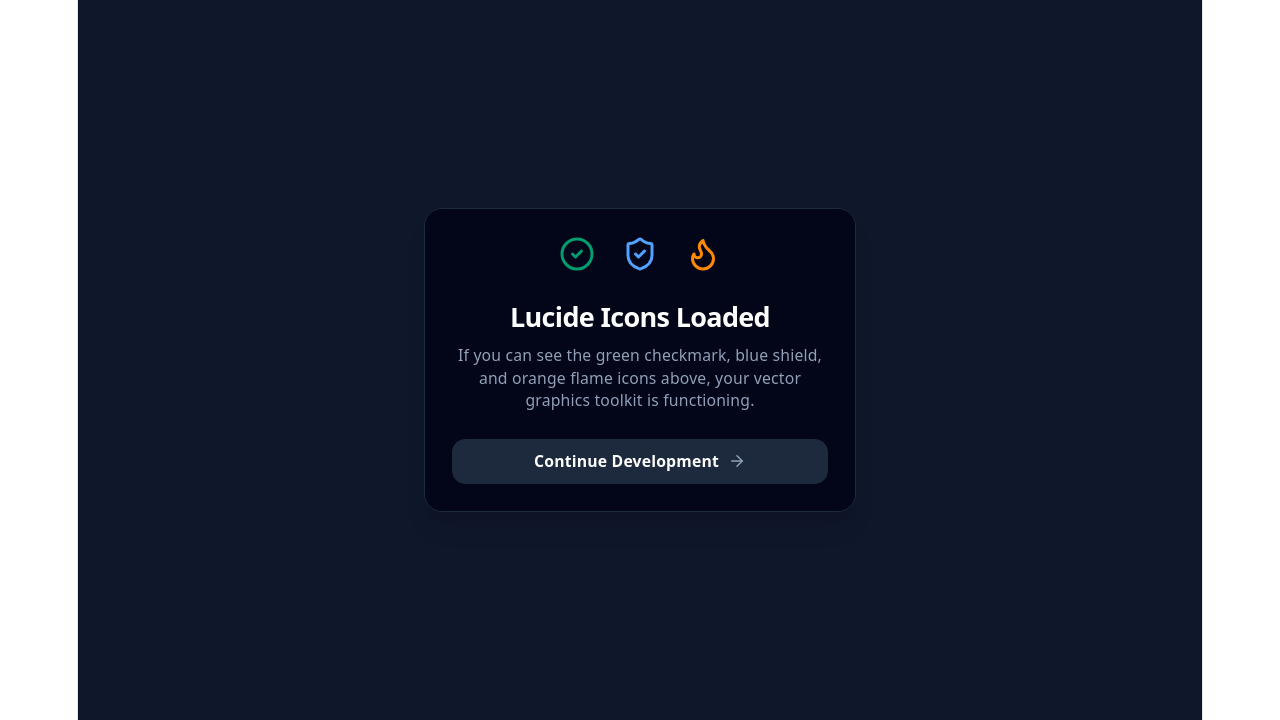
Repository: diptods/DevFixx
Page: / (app in client/)
An editor plug-in stored every save of this project. The page is shown before and after the next save, followed by the edit.
The browser window is 1280 px wide. The pictures show the whole page.
The project was rebuilt for these pictures with package versions that can differ from the ones it lists, and the page was loaded fresh each time. Also part of the build but not shown: client/vite.config.js.

Above is the page before, as saved 2026-06-12 12:48:22.

After the next save:
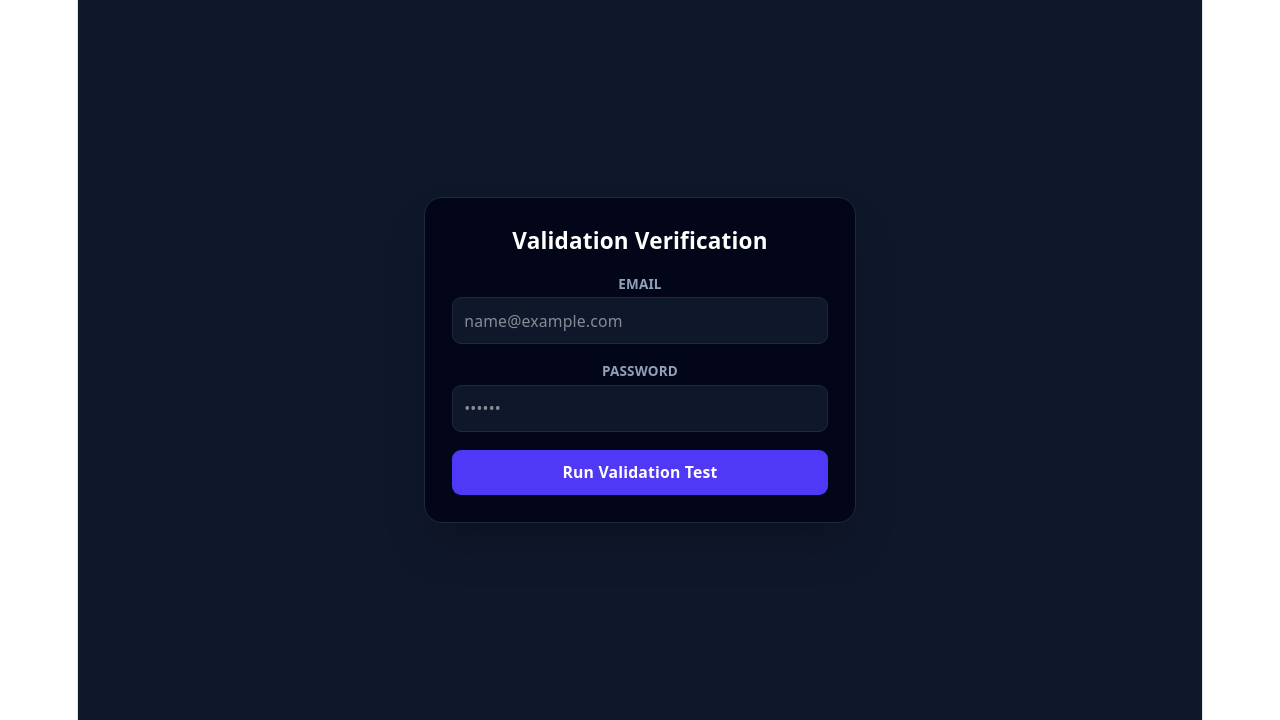
Saved 3 min 11 s later.
--- a/client/src/App.jsx
+++ b/client/src/App.jsx
@@ -1,31 +1,64 @@
-import { CheckCircle2, ShieldCheck, Flame, ArrowRight } from "lucide-react";
+import { useForm } from "react-hook-form";
+import { z } from "zod";
+
+// 1. Create your validation schema using Zod
+const loginSchema = z.object({
+  email: z.string().email({ message: "Invalid email address address" }),
+  password: z.string().min(6, { message: "Password must be at least 6 characters" }),
+});
 
 export default function App() {
+  // 2. Connect React Hook Form to your state tracker
+  const {
+    register,
+    handleSubmit,
+    formState: { errors },
+  } = useForm();
+
+  // 3. Simple submission success handler
+  const onSubmit = (data) => {
+    alert(`Validation Passed!\nData: ${JSON.stringify(data, null, 2)}`);
+  };
+
   return (
-    <div className="flex min-h-screen flex-col items-center justify-center gap-6 bg-slate-900 px-4 text-white">
-      <div className="w-full max-w-sm rounded-2xl border border-slate-800 bg-slate-950 p-6 shadow-xl text-center">
+    <div className="flex min-h-screen flex-col items-center justify-center bg-slate-900 px-4 text-white">
+      <div className="w-full max-w-sm rounded-2xl border border-slate-800 bg-slate-950 p-6 shadow-2xl">
+        <h2 className="text-xl font-bold mb-4 text-center">Validation Verification</h2>
 
-        {/* Core Icon Test Row */}
-        <div className="flex justify-center gap-6 mb-6">
-          <CheckCircle2 className="h-8 w-8 text-emerald-400 animate-pulse" />
-          <ShieldCheck className="h-8 w-8 text-blue-400" />
-          <Flame className="h-8 w-8 text-orange-400" />
-        </div>
+        <form onSubmit={handleSubmit(onSubmit)} className="space-y-4">
+          {/* Email Field */}
+          <div>
+            <label className="block text-xs font-semibold uppercase text-slate-400 mb-1">Email</label>
+            <input
+              type="text"
+              {...register("email")}
+              className="w-full rounded-lg border border-slate-800 bg-slate-900 p-2.5 text-sm focus:border-indigo-500 focus:outline-none"
+              placeholder="name@example.com"
+            />
+            {/* Direct Zod Error Verification */}
+            {errors.email && <p className="text-xs text-red-400 mt-1">{errors.email.message}</p>}
+          </div>
 
-        <h1 className="text-2xl font-bold tracking-tight mb-2">
-          Lucide Icons Loaded
-        </h1>
+          {/* Password Field */}
+          <div>
+            <label className="block text-xs font-semibold uppercase text-slate-400 mb-1">Password</label>
+            <input
+              type="password"
+              {...register("password")}
+              className="w-full rounded-lg border border-slate-800 bg-slate-900 p-2.5 text-sm focus:border-indigo-500 focus:outline-none"
+              placeholder="••••••"
+            />
+            {errors.password && <p className="text-xs text-red-400 mt-1">{errors.password.message}</p>}
+          </div>
 
-        <p className="text-sm text-slate-400 mb-6">
-          If you can see the green checkmark, blue shield, and orange flame icons above, your vector graphics toolkit is functioning.
-        </p>
-
-        {/* Button with inline Icon */}
-        <button className="inline-flex w-full items-center justify-center gap-2 rounded-xl bg-slate-800 hover:bg-slate-700 px-4 py-2.5 text-sm font-semibold transition-colors duration-200">
-          Continue Development
-          <ArrowRight className="h-4 w-4 text-slate-400" />
-        </button>
-
+          {/* Submit Action */}
+          <button
+            type="submit"
+            className="w-full rounded-lg bg-indigo-600 hover:bg-indigo-500 py-2.5 text-sm font-semibold transition-colors duration-200"
+          >
+            Run Validation Test
+          </button>
+        </form>
       </div>
     </div>
   );
